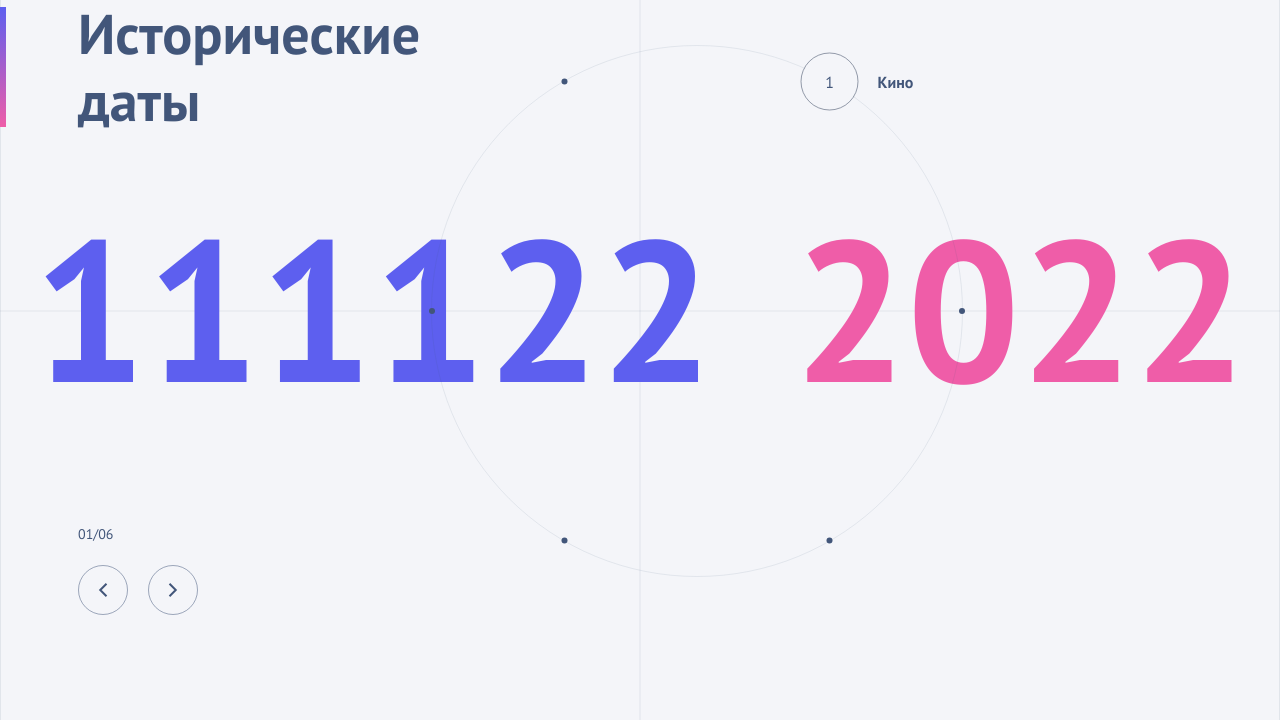
Repository: LenarTulupov/only
Page: /
These files come from the project's save history. The page is drawn as it stood at one moment and after the next save; the edit follows.
The browser window is 1280 px wide. The pictures show the whole page.
The project was rebuilt for these pictures with package versions that can differ from the ones it lists, and the page was loaded fresh each time.

Above is the page before, as saved 2024-12-17 19:01:12.

### public/index.html
<!DOCTYPE html>
<html lang="en">
  <head>
    <meta charset="utf-8" />
    <link rel="icon" href="%PUBLIC_URL%/favicon.ico" />
    <meta name="viewport" content="width=device-width, initial-scale=1" />
    <meta name="theme-color" content="#000000" />
    <meta
      name="description"
      content="Web site created using create-react-app"
    />
    <link rel="apple-touch-icon" href="%PUBLIC_URL%/logo192.png" />
    <link rel="manifest" href="%PUBLIC_URL%/manifest.json" />
    <title>Only Test</title>
  </head>
  <body>
    <noscript>You need to enable JavaScript to run this app.</noscript>
    <div id="root"></div>
  </body>
</html>

### src/index.tsx
import React from 'react';
import ReactDOM from 'react-dom/client';
import Router from './router/router';
import './globals.scss'

const root = ReactDOM.createRoot(
  document.getElementById('root') as HTMLElement
);
root.render(
  <React.StrictMode>
    <Router />
  </React.StrictMode>
);

### src/router/router.tsx
import { BrowserRouter, Route, Routes } from "react-router-dom";
import HomePage from "../pages/home/page";
import PagesLayout from "../layouts/pages-layout";

export default function Router() {
  return (
    <BrowserRouter>
      <Routes>
        <Route element={<PagesLayout />}>
          <Route path="/" element={<HomePage />} />
        </Route>
      </Routes>
    </BrowserRouter>
  )
};

### src/globals.scss
@import url('https://fonts.googleapis.com/css2?family=Bebas+Neue&family=PT+Sans:wght@400;700&display=swap');

:root {
  --background-color: #F4F5F9;
  --main-color: #42567a;
  --main-color-rgba: rgba(66, 86, 122, 0.5);
  --accent-color: #5D5FEF;
  --accent-second: #EF5DA8;
  --font-main: "PT Sans", serif;
  --font-second: "Bebas Neue", serif;
  --line-height: 150%;
  --font-size-main: 56px;
  --font-size-small: 14px;
  --font-size-big: 200px;
}
body {
  margin: 0;
  padding: 0;
  background-color: var(--background-color);
  color: var(--black-color);
  font-family: var(--font-main);
  line-height: var(--line-height);
}
ul {
  padding: 0;
  margin: 0;
}

li {
  list-style-type: none;
}

a {
  color: var(--black-color);
  text-decoration: none;
}

h1 {
  margin: 0;
}

### src/pages/home/page.tsx
import Container from "../../components/ui/container/container";
import Divider from "../../components/ui/divider/divider";
import HistorySection from "./history/history";
import styles from './page.module.scss';

export default function HomePage() {
  return (
    <div className={styles['home-page']}>
      <Container>
        <div className={styles['home-page__wrapper']}>
          <Divider
            position="vertical"
            className={styles.divider_vertical}
          />
          <HistorySection />
        </div>
      </Container>
    </div>
  )
};

### src/layouts/pages-layout.tsx
import { Outlet } from 'react-router-dom';
import styles from './pages-layout.module.scss';

export default function PagesLayout() {
  return (
    <div className={styles['pages-layout']}>
      <Outlet />
    </div>
  )
};

### src/components/ui/container/container.tsx
import { ReactNode } from "react"
import styles from './container.module.scss';

interface IContainer {
  children: ReactNode;
}

export default function Container({ children }: IContainer) {
  return (
    <div className={styles.container}>
      {children}
    </div>
  )
};

### src/components/ui/divider/divider.tsx
import styles from './divider.module.scss';

interface IDivider {
  position?: 'horizontal' | 'vertical';
  className?: string;
}

export default function Divider({
  position = 'horizontal', className }: IDivider) {
  return <div className={`
    ${styles.divider}
    ${styles[`divider_${position}`]}
    ${className || ''}
  `}/>
};

### src/pages/home/history/history.tsx
import { useState } from 'react';
import Divider from '../../../components/ui/divider/divider';
import Title from '../../../components/ui/title/title';
import Circle from './circle/circle';
import Dates from './dates/dates';
import HistorySlider from './history-slider/history-slider';
import styles from './history.module.scss';
import StepNavigation from './step-navigation/step-navigation';
import { circleItems } from '../../../constants/circle-items';

export default function HistorySection() {
  const [activeButton, setActiveButton] = useState<number>(1);
  const activeCategory = circleItems.find((item) => item.id === activeButton);
  const firstDate = activeCategory?.events.map((event) => event.year[0]);
  const lastDate = activeCategory?.events.map((event) => event.year[-1]);


  return (
    <section className={styles.history}>
      <div className={styles.history__content}>
        <div className={styles['history__content-col-1']}>
          <Title className={styles.history__title} showBefore>
            Исторические даты
          </Title>
          <StepNavigation
            className={styles['step-navigation']}
            activeButton={activeButton}
            setActiveButton={setActiveButton}
          />
        </div>
        <Circle
          className={styles.circle}
          activeButton={activeButton}
          setActiveButton={setActiveButton}
        />
        <Divider
          position="horizontal"
          className={styles.divider_horizontal}
        />
        <Dates className={styles.dates} firstDate={firstDate} lastDate={lastDate}/>
      </div>
      <HistorySlider /* activeCategory={activeCategory} */ className={styles['history-slider']} />
    </section>
  )
};

### src/pages/home/page.module.scss
.home-page {
  &__wrapper {
    position: relative;
    min-height: 100vh;
    .divider_vertical {
      position: absolute;
      top: 0;
      left: 50%;
      transform: translateX(-50%);
      z-index: -10;
    }
  }

  /* Линия слева */
  &__wrapper::before {
    content: "";
    position: absolute;
    top: 0;
    bottom: 0;
    left: 0;
    width: 1px;
    background-color: var(--main-color);
    opacity: 0.1;
  }

  /* Линия справа */
  &__wrapper::after {
    content: "";
    position: absolute;
    top: 0;
    bottom: 0;
    right: 0;
    width: 1px;
    background-color: var(--main-color);
    opacity: 0.1;
  }
  /* Линий по центру горизонтальная */

  /* Линий по центру вертикальная */
}

### src/components/ui/container/container.module.scss
.container {
  max-width: 1440px;
  margin: 0 auto;
}

### src/components/ui/divider/divider.module.scss
.divider {
  background-color: var(--main-color);
  opacity: 0.1;
  &_horizontal {
    width: 100%;
    height: 1px;
  }
  &_vertical {
    width: 1px;
    height: 100%;
  }
}

### src/components/ui/title/title.tsx
import { ReactNode } from 'react';
import styles from './title.module.scss';

interface ITitle {
  children: ReactNode;
  className?: string;
  color?: 'main' | 'blue' | 'pink';
  size?: 'main' | 'small'| 'big';
  showBefore?: boolean;
}

export default function Title({
  children,
  className,
  color = 'main',
  size = 'main',
  showBefore = false }: ITitle) {
  return (
    <h1
      className={`
        ${styles.title}
        ${className || ''}
        ${styles[`title__color-${color}`]}
        ${styles[`title__size-${size}`]}
        ${showBefore ? styles['title_before'] : ''}
      `}>
      {children}
    </h1>
  )
};

### src/pages/home/history/circle/circle.tsx
import { useEffect, useRef, Dispatch, SetStateAction } from 'react';
import { gsap } from 'gsap';
import { circleItems } from '../../../../constants/circle-items';
import styles from './circle.module.scss';

interface ICircle {
  className?: string;
  activeButton: number;
  setActiveButton: Dispatch<SetStateAction<number>>;
}

export default function Circle({ className, activeButton, setActiveButton}: ICircle) {
  const circleRef = useRef<HTMLDivElement>(null);
  const buttonsRef = useRef<HTMLDivElement[]>([]);

  const handleActiveButton = (btnId: number) => {
    setActiveButton(btnId);
  };

  useEffect(() => {
    const rotationAngle = (1 - activeButton) * 60;
    gsap.to(circleRef.current, {
      rotate: rotationAngle,
      duration: 0.5,
      ease: 'power2.out',
    });

    buttonsRef.current.forEach((btn) => {
      let buttonRotation = 0;

      switch(activeButton) {
        case 2:
          buttonRotation = 60;
          break;
        case 3:
          buttonRotation = 120;
          break;
        case 4:
          buttonRotation = 180;
          break;
        case 5:
          buttonRotation = 240;
          break;
        case 6:
          buttonRotation = 300;
          break;
        default:
          buttonRotation = 0;
          break;
      }

      gsap.to(btn, {
        rotate: buttonRotation,
        duration: 0.5,
        ease: 'power2.out',
      });
    });
  }, [activeButton]);

  return (
      <div ref={circleRef} className={`${styles.circle} ${className || ''}`}>
        {circleItems.map((item, index) => {
          const btnId = index + 1;
          return (
            <div
              key={btnId}
              ref={(el) => (buttonsRef.current[index] = el!)}
              className={`
                ${styles[`circle__btn-${btnId}`]}
                ${styles.circle__btn}
                ${activeButton === btnId ? styles.active : ''}
              `}
              onClick={() => handleActiveButton(btnId)}
            >
              {btnId}
              <span
                className={`
                  ${styles['sub-title']}
                  ${activeButton === btnId ? styles.active : ''}
                `}
              >
                {item.category}
              </span>
            </div>
          );
        })}
      </div>
  );
}

### src/pages/home/history/dates/dates.tsx
import Title from '../../../../components/ui/title/title';
import styles from './dates.module.scss';

interface IDates {
  className?: string;

}

export default function Dates({ className, firstDate, lastDate }: IDates) {
  return (
    <div className={`${styles.dates} ${className || ''}`}>
      <Title color='blue' size='big'>{firstDate}</Title>
      <Title color='pink' size='big'>2022</Title>
    </div>
  )
};

### src/pages/home/history/history-slider/history-slider.tsx
import { Swiper, SwiperSlide } from "swiper/react";
import { circleItems } from "../../../../constants/circle-items";
import SliderContent from "./slider-content/slider-content";
import { Navigation } from 'swiper/modules';
import 'swiper/css';
import 'swiper/css/navigation';

interface IHistorySlider {
  className?: string;
  // activeCategory: ;
}

export default function HistorySlider({ className, /* activeCategory */ }: IHistorySlider) {

  return (
    <div className={className || ''}>
      <Swiper
        spaceBetween={80}
        slidesPerView={3}
        modules={[Navigation]}
        navigation
      >
        {/* {activeCategory?.events.map((event) => (
          <SwiperSlide key={event.id}>
            <SliderContent year={event.year} text={event.title} />
          </SwiperSlide>
        ))} */}
      </Swiper>
    </div>
  )
};

### src/pages/home/history/history.module.scss
.history {
  &__title {
    // position: relative;
    line-height: 1.2;
    width: 353px;
    padding-left: 78px;
    height: fit-content;

  }
  &__content {
    position: relative;
    display: grid;
    grid-template-columns: repeat(3, 1fr);
    height: 615px;
    &-col-1 {
      display: flex;
      flex-direction: column;
      justify-content: space-between;
    }
  }
}
.circle {
  margin-top: 45px;
}
.divider_horizontal {
  position: absolute;
  top: calc(50% + 3px);
  left: 0;
  transform: translateY(-50%);
  z-index: -10;
}
.step-navigation {
  padding-left: 78px;
}
.history-slider {
  padding-left: 78px;
  max-width: 1200px;
}

### src/pages/home/history/step-navigation/step-navigation.tsx
import { Dispatch, SetStateAction } from "react";
import NavigationButtons from "./navigation-buttons/navigation-buttons";
import SliderStep from "./slider-step/slider-step";
import styles from './step-navigation.module.scss';

interface IStepNavigation {
  className?: string;
  activeButton: number;
  setActiveButton: Dispatch<SetStateAction<number>>;
}

export default function StepNavigation({
  className,
  activeButton,
  setActiveButton }: IStepNavigation) {

    const handleNext = () => {
      setActiveButton((p) => (p < 6 ? p + 1 : 1))
    }

    const handlePrev = () => {
      setActiveButton((p) => (p > 1 ? p - 1 : 6))
    }
  return (
    <div className={`${styles['step-navigation']} ${className || ''}`}>
      <SliderStep activeButton={activeButton} />
      <NavigationButtons
        handleNext={handleNext}
        handlePrev={handlePrev}
      />
    </div>
  )
};

### src/constants/circle-items.ts
export const circleItems = [
  {id: 1, category: 'Кино', events: [
    {
      id: 1, year: '1927', title: 'Вышел первый звуковой фильм "Певец джаза", который положил начало эре звукового кино.'
    },
    {
      id: 2, year: '1952', title: `Премьера фильма "Сингин в Рейн" стала культурным феноменом и золотым стандартом мюзиклов.`
    },
    {
      id: 3, year: '1977', title: `Премьера фильма "Звёздные войны" Джорджа Лукаса, который навсегда изменил кинематограф.`
    },
    {
      id: 4, year: '1994', title: `Появление фильма "Форрест Гамп", который стал культовым и получил шесть премий "Оскар".`
    },
    {
      id: 5, year: '2003', title: `Выпуск фильма "Властелин колец: Возвращение короля" стал эпиком в истории кино.`
    },
    {
      id: 6, year: '2020', title: `Онлайн-кинотеатр Netflix стал первым, кто получил премию "Оскар" за лучший фильм для стримингового контента — "Паразит".`
    },
  ]},
  {id: 2, category: 'Искусство', events: [
    {
      id: 1, year: '1893', title: `Открытие выставки Всемирной выставки в Чикаго, где были представлены работы Ван Гога и других знаменитых художников.`
    },
    {
      id: 2, year: '1915', title: `Выставка "Германская экспрессионистская школа" в Берлине произвела переворот в мире искусства.`
    },
    {
      id: 3, year: '1960', title: `В Нью-Йорке прошла выставка "Поп-арт", оказавшая огромное влияние на современное искусство.`
    },
    {
      id: 4, year: '1990', title: `В Лондоне прошла первая выставка группы художников "Лондонский авангард", которые стали лидерами движения.`
    },
    {
      id: 5, year: '2015', title: `Музей современного искусства MoMA представил выставку уличного художника Бэнкси, ставшую культовой.`
    },
    {
      id: 6, year: '2022', title: `В Париже прошла выставка современного искусства под открытым небом с участием известных художников и скульпторов.`
    },
  ]},
  {id: 3, category: 'Литература', events: [
    {
      id: 1, year: '1859', title: `Опубликован роман Чарльза Дарвина "Происхождение видов", который стал основой для всей современной биологии.`
    },
    {
      id: 2, year: '1936', title: `Джордж Орвелл опубликовал свою знаменитую книгу "Животные на ферме", который стал критикой тоталитаризма.`
    },
    {
      id: 3, year: '1961', title: `Роман "Убить пересмешника" Харпер Ли был признан литературным шедевром и в дальнейшем стал классикой американской литературы.`
    },
    {
      id: 4, year: '1999', title: `Книга "Гарри Поттер и философский камень" Джоан Роулинг выпущена и стала международным бестселлером.`
    },
    {
      id: 5, year: '2012', title: `Роман "50 оттенков серого" Э. Л. Джеймс стал бестселлером и получил мировое признание.`
    },
    {
      id: 6, year: '2023', title: `Вышел новый роман Гая Кавасаки, который получил признание за новую волну технологий и инноваций в литературе.`
    },
  ]},
  {id: 4, category: 'Музыка', events: [
    {
      id: 1, year: '1965', title: `Битлы выпустили альбом "Help!", который стал настоящим музыкальным событием.`
    },
    {
      id: 2, year: '1971', title: `Вышел альбом "What's Going On" Марвина Гея, ставший знаковым в истории соул-музыки.`
    },
    {
      id: 3, year: '1984', title: `Майкл Джексон выпустил альбом "Thriller", который стал самым продаваемым альбомом всех времён.`
    },
    {
      id: 4, year: '1991', title: `Группа Nirvana выпустила альбом "Nevermind", который стал основой для развития гранж-рока.`
    },
    {
      id: 5, year: '2000', title: `Бейонсе дебютировала как сольная исполнительница и выпустила свой первый альбом "Dangerously in Love".`
    },
    {
      id: 6, year: '2023', title: `Виртуальный музыкальный фестиваль в Fortnite привлёк миллионы зрителей и стал новым форматом концертов.`
    },
  ]},
  {id: 5, category: 'Архитектура', events: [
    {
      id: 1, year: '1889', title: `Построена Эйфелева башня в Париже, которая до сих пор является символом французской архитектуры.`
    },
    {
      id: 2, year: '1929', title: `Открытие знаменитого здания Крайслер-Билдинг в Нью-Йорке, ставшего одним из самых высоких в мире на тот момент.`
    },
    {
      id: 3, year: '1958', title: `Архитекторы Ле Корбюзье и Эймара Эрреры разработали проект штаб-квартиры ООН в Нью-Йорке, ставший мировым архитектурным шедевром.`
    },
    {
      id: 4, year: '1995', title: `В Сиднее завершено строительство Оперного театра, который стал знаковым архитектурным проектом 20 века.`
    },
    {
      id: 5, year: '2008', title: `В Пекине завершено строительство Олимпийского стадиона, также известного как "Птичье гнездо".`
    },
    {
      id: 6, year: '2024', title: `Архитектурное бюро Zaha Hadid Architects представило проект многофункциональной башни в Сингапуре.`
    },
  ]},
  {id: 6, category: 'Наука', events: [
    {
      id: 1, year: '1927', title: `Генри Форд внедрил конвейерное производство автомобилей, что произвело революцию в индустрии.`
    },
    {
      id: 2, year: '1953', title: `Франклин и Уилкинс открыли структуру ДНК, что положило начало молекулярной биологии.`
    },
    {
      id: 3, year: '1989', title: `Обнаружение озоновой дыры в Антарктиде стало катастрофической новостью для экологии и заставило мир обратить внимание на проблему.`
    },
    {
      id: 4, year: '2000', title: `Вступление в силу первых принципов разработки генома человека, что открыло новые возможности в генетике.`
    },
    {
      id: 5, year: '2015', title: `На Марсе найдены следы воды, что значительно усилило теории о возможности существования жизни на планете.`
    },
    {
      id: 6, year: '2024', title: `Разработка первых квантовых компьютеров с практическим применением в области ИТ и медицины.`
    },
  ]},
]

### src/components/ui/title/title.module.scss
.title {
  line-height: 150%;
  position: relative;
  &::before {
    content: "";
    position: absolute;
    top: 50%;
    transform: translateY(-50%);
    left: 0;
    height: 120px;
    width: 6px;
    background: linear-gradient(to bottom, var(--accent-color) 0%, var(--accent-second) 100%);
    visibility: hidden;
  }
  &.title_before::before {
    visibility: visible; // Показываем псевдоэлемент
  }
  &__color-main {
    color: var(--main-color);
  }

  &__color-blue {
    color: var(--accent-color);
  }

  &__color-pink {
    color: var(--accent-second);
  }

  &__size-main {
    font-size: var(--font-size-main);
  }
  &__size-small {
    font-size: var(--font-size-small);
  }

  &__size-big {
    font-size: var(--font-size-big);
  }
}

### src/pages/home/history/circle/circle.module.scss
.circle {
  position: relative;
  width: 530px;
  height: 530px;
  border: 1px solid rgba(66, 86, 122, 0.1);
  border-radius: 100%;
  display: flex;
  justify-content: center;
  align-items: center;
  transform-origin: center;
}

.circle__btn {
  position: absolute;
  display: flex;
  align-items: center;
  justify-content: center;
  width: 6px;
  height: 6px;
  border: none;
  background-color: var(--main-color);
  border-radius: 100%;
  color: var(--main-color);
  line-height: 30px;
  font-size: 0;
  cursor: pointer;
  transition: width .3s ease-in-out, height .3s ease-in-out, font-size .3s ease-in-out;

  &::before {
    content: "";
    position: absolute;
    top: 50%;
    left: 50%;
    transform: translate(-50%, -50%);
    width: 25px;
    height: 25px;
    border-radius: 100%;
    background: transparent;
  }

  .sub-title {
    position: absolute;
    top: 50%;
    left: 0;
    transform: translateY(-50%);
    margin-left: 76px;
    font-weight: bold;
    opacity: 0;
    transition: opacity 0.3s ease-in-out;
  }

  .sub-title.active {
    opacity: 1;
  }

  &:hover,
  &.active {
    width: 56px;
    height: 56px;
    font-size: 16px;
    background-color: #F4F5F9;
    outline: 1px solid rgba(48, 62, 88, 0.5);
  }

  &-1 {
    transform: rotate(300deg) translateX(265px) rotate(60deg);
  }

  &-2 {
    transform: rotate(0deg) translateX(265px) rotate(0deg);
  }

  &-3 {
    transform: rotate(60deg) translateX(265px) rotate(-60deg);
  }

  &-4 {
    transform: rotate(120deg) translateX(265px) rotate(-120deg);
  }

  &-5 {
    transform: rotate(180deg) translateX(265px) rotate(-180deg);
  }

  &-6 {
    transform: rotate(240deg) translateX(265px) rotate(-240deg);
  }
}

### src/pages/home/history/dates/dates.module.scss
.dates {
  position: absolute;
  top: 50%;
  left: 50%;
  transform: translate(-50%, -50%);
  display: flex;
  gap: 80px;
  z-index: -1;
}

### src/pages/home/history/step-navigation/navigation-buttons/navigation-buttons.tsx
import ArrowButton from '../../../../../components/ui/arrow-button/arrow-button';
import styles from './navigation-buttons.module.scss';

interface INavigationButtons {
  handleNext: () => void;
  handlePrev: () => void;
}

export default function NavigationButtons({ handleNext, handlePrev}: INavigationButtons) {
  return (
    <div className={styles['navigation-buttons']}>
      <ArrowButton onClick={handlePrev}/>
      <ArrowButton rotation='right' onClick={handleNext}/>
    </div>
  )
};

### src/pages/home/history/step-navigation/slider-step/slider-step.tsx
import Title from "../../../../../components/ui/title/title";
import styles from './slider-step.module.scss';

interface ISliderStep {
  activeButton: number;
}

export default function SliderStep({ activeButton }: ISliderStep) {
  return <Title size="small" className={styles.font}>0{activeButton}/06</Title>
};

### src/pages/home/history/step-navigation/step-navigation.module.scss
.step-navigation {
  display: flex;
  flex-direction: column;
  row-gap: 20px;
}

### src/components/ui/arrow-button/arrow-button.tsx
import styles from './arrow-button.module.scss';

interface IArrowButton {
  rotation?: 'right'
  onClick: () => void;
}

export default function ArrowButton({rotation, onClick}: IArrowButton ) {
  return (
    <button
      className={`${styles['arrow-button']} ${styles[rotation]}`}
      onClick={onClick}
    >
      <img src='/arrow.svg' alt="arrow" />
    </button>
  )
};

### src/pages/home/history/step-navigation/navigation-buttons/navigation-buttons.module.scss
.navigation-buttons {
  display: flex;
  column-gap: 20px;
}

### src/pages/home/history/step-navigation/slider-step/slider-step.module.scss
.font {
  font-weight: 400;
}

### src/components/ui/arrow-button/arrow-button.module.scss
.arrow-button {
  width: 50px;
  height: 50px;
  display: flex;
  align-items: center;
  justify-content: center;
  border: 1px solid var(--main-color-rgba);
  background-color: transparent;
  border-radius: 100%;
  cursor: pointer;
}

.right {
  transform: rotate(180deg);
}

Loaded but not shown: src/layouts/pages-layout.module.scss (no stored copy; drawn as an empty file)

After the next save:
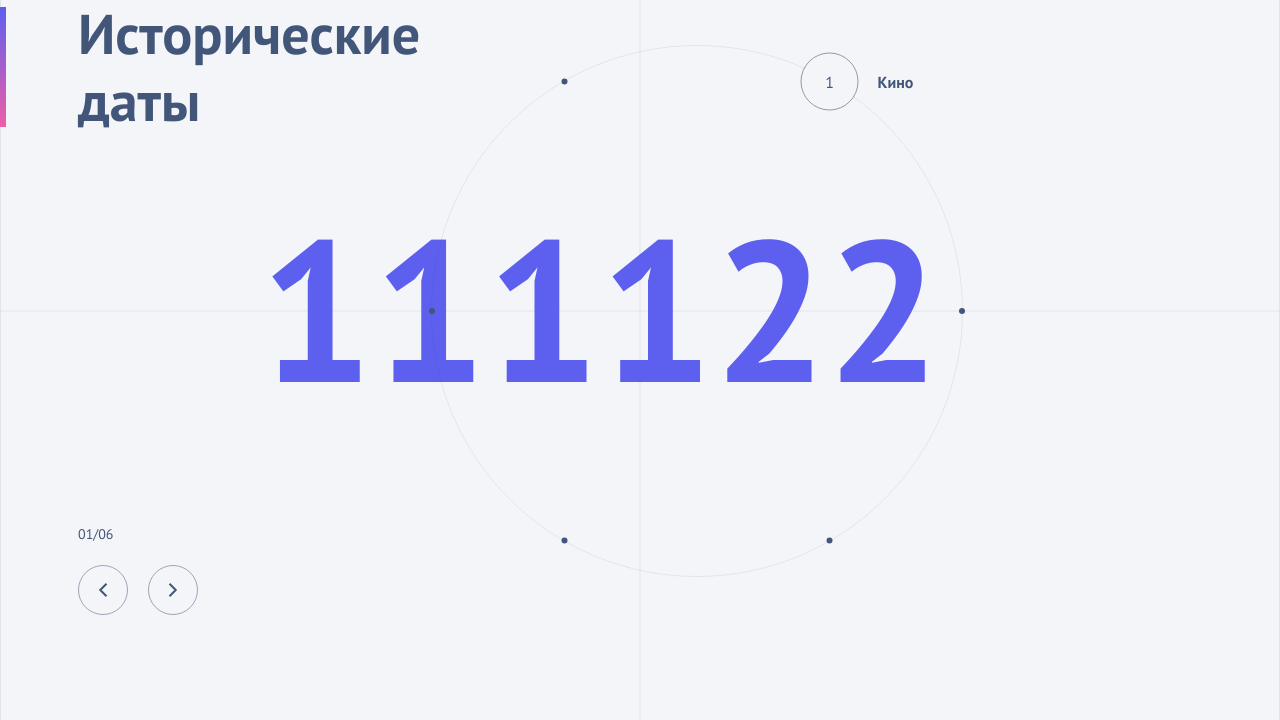
Saved 5 s later.
--- a/src/pages/home/history/dates/dates.tsx
+++ b/src/pages/home/history/dates/dates.tsx
@@ -10,7 +10,7 @@ export default function Dates({ className, firstDate, lastDate }: IDates) {
   return (
     <div className={`${styles.dates} ${className || ''}`}>
       <Title color='blue' size='big'>{firstDate}</Title>
-      <Title color='pink' size='big'>2022</Title>
+      <Title color='pink' size='big'>{lastDate}</Title>
     </div>
   )
 };
